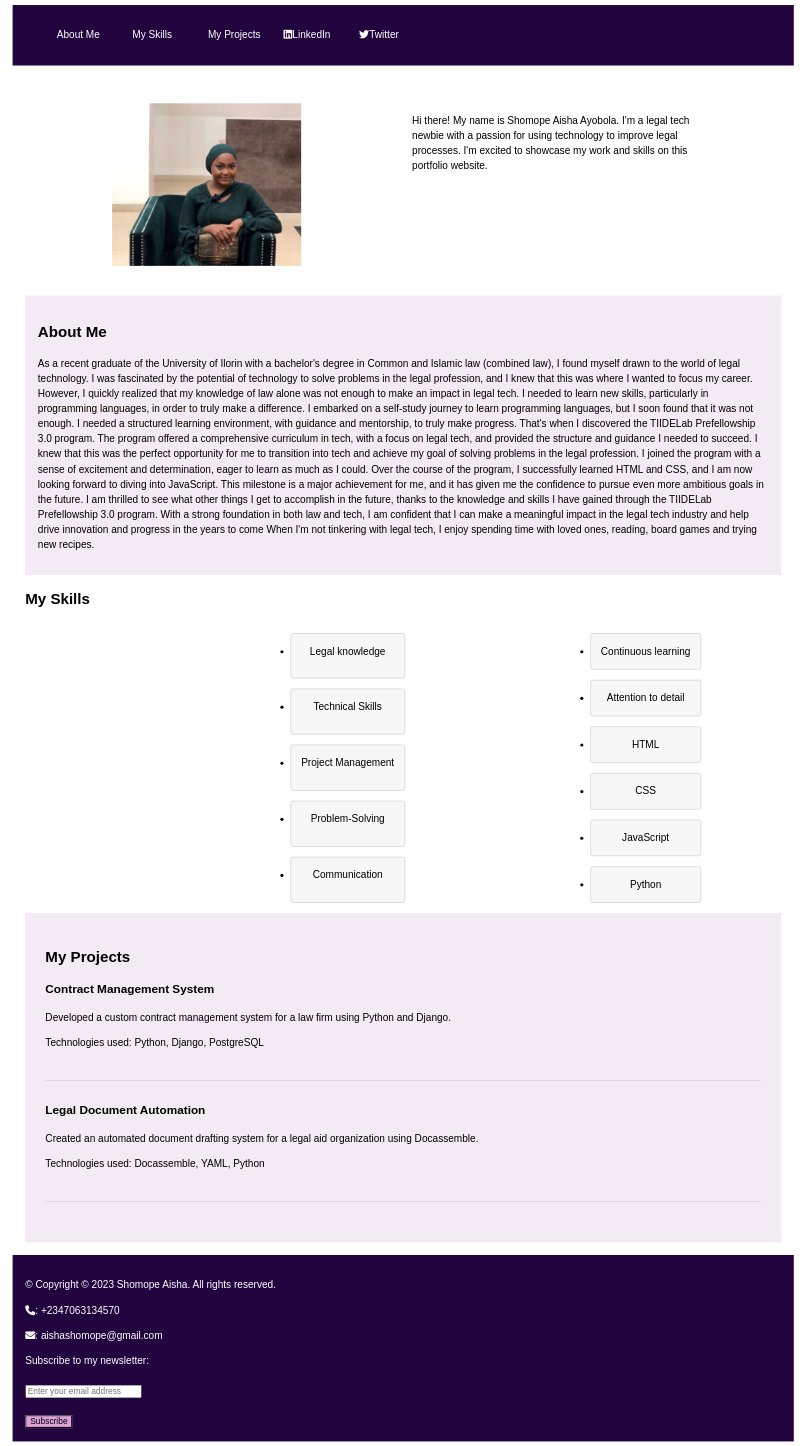
Repository: Iyewande/AishasPortfolio
Page: Index.html
These files come from the project's save history. The page is drawn as it stood at one moment and after the next save; the edit follows.
The browser window is 1280 px wide. The pictures show the whole page, at 63% of full size.
Some web libraries are served in a nearby version.

Above is the page before, as saved 2023-05-04 22:09:06.

After the next save:
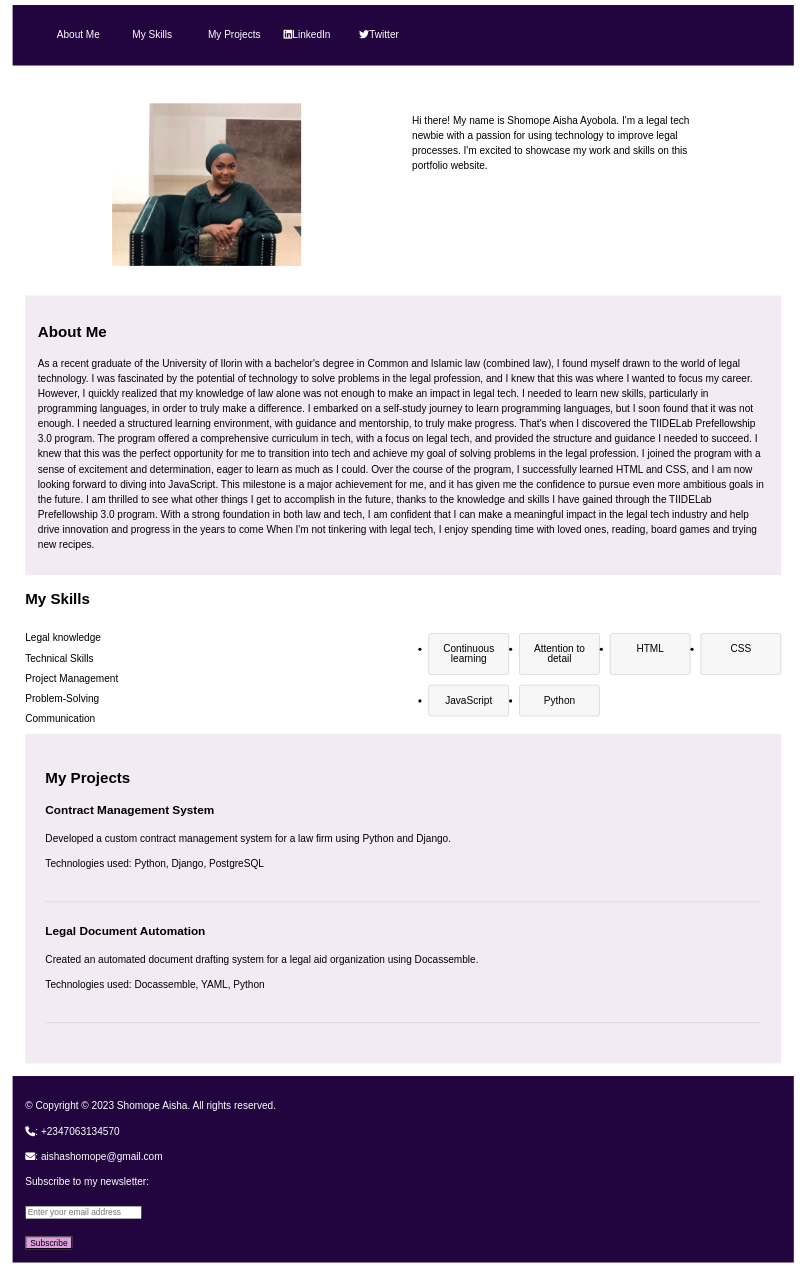
Saved 113 s later.
--- a/Index.html
+++ b/Index.html
@@ -60,14 +60,14 @@
                     <h2>My Skills</h2>
                 </div>
                <div id="list">
-                    <div></div>
-                    <ul>
-                        <li>Legal knowledge</li>
-                        <li>Technical Skills</li>
-                        <li>Project Management</li>
-                        <li>Problem-Solving</li>
-                        <li>Communication</li>
-                    </ul>
+                    <div id="unordered">
+                         <p>Legal knowledge</p>
+                         <p>Technical Skills</p>
+                         <p>Project Management</p>
+                         <p>Problem-Solving</p>
+                         <p>Communication</p>
+                    </div>
+                    <div id="ordered">
                     <ul>
                         <li>Continuous learning</li>
                         <li>Attention to detail</li>
